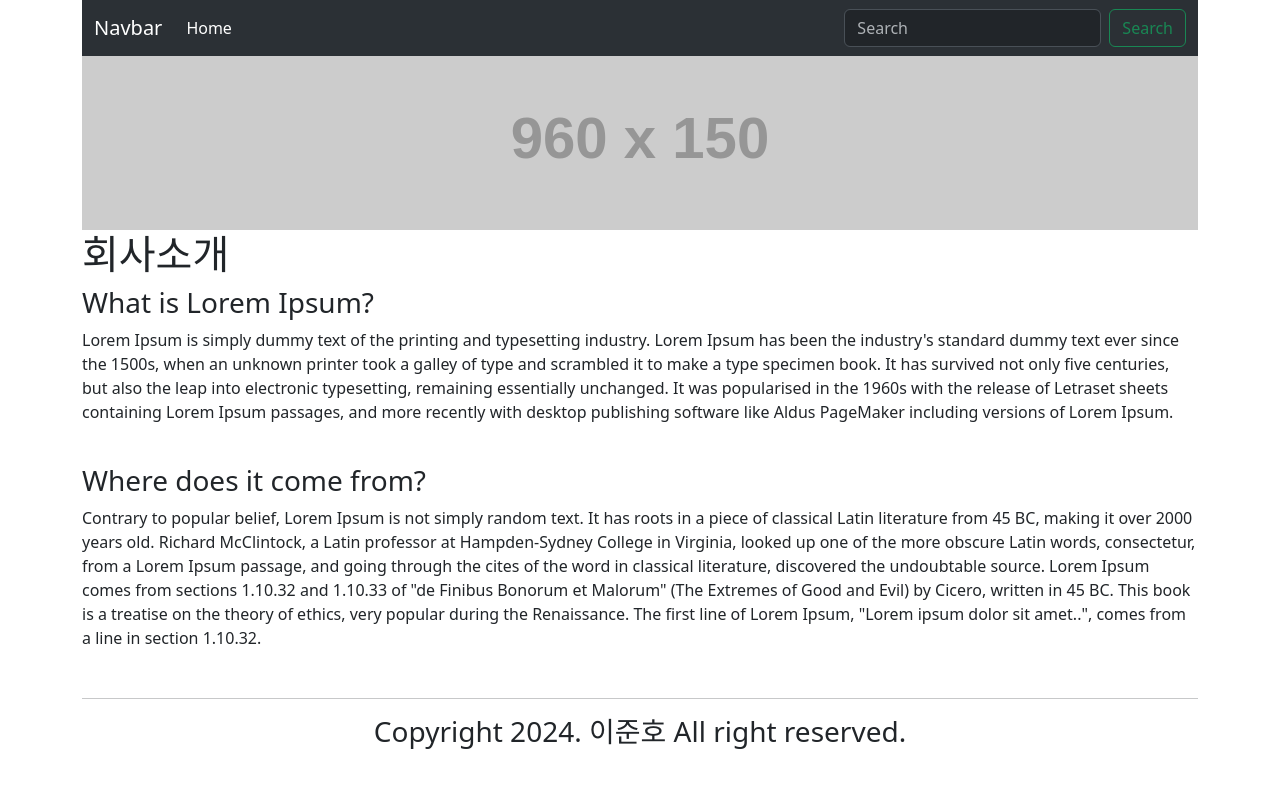
Repository: Simon-JunhoLee/KOSMO_JSP
Page: http://localhost/ex01/user/join
These files come from the project's save history. The page is drawn as it stood at one moment and after the next save; the edit follows.
The browser window is 1280 px wide. The pictures show the whole page.
The page is served by Tomcat 9.

Above is the page before, as saved 2024-04-29 02:20:02.

After the next save:
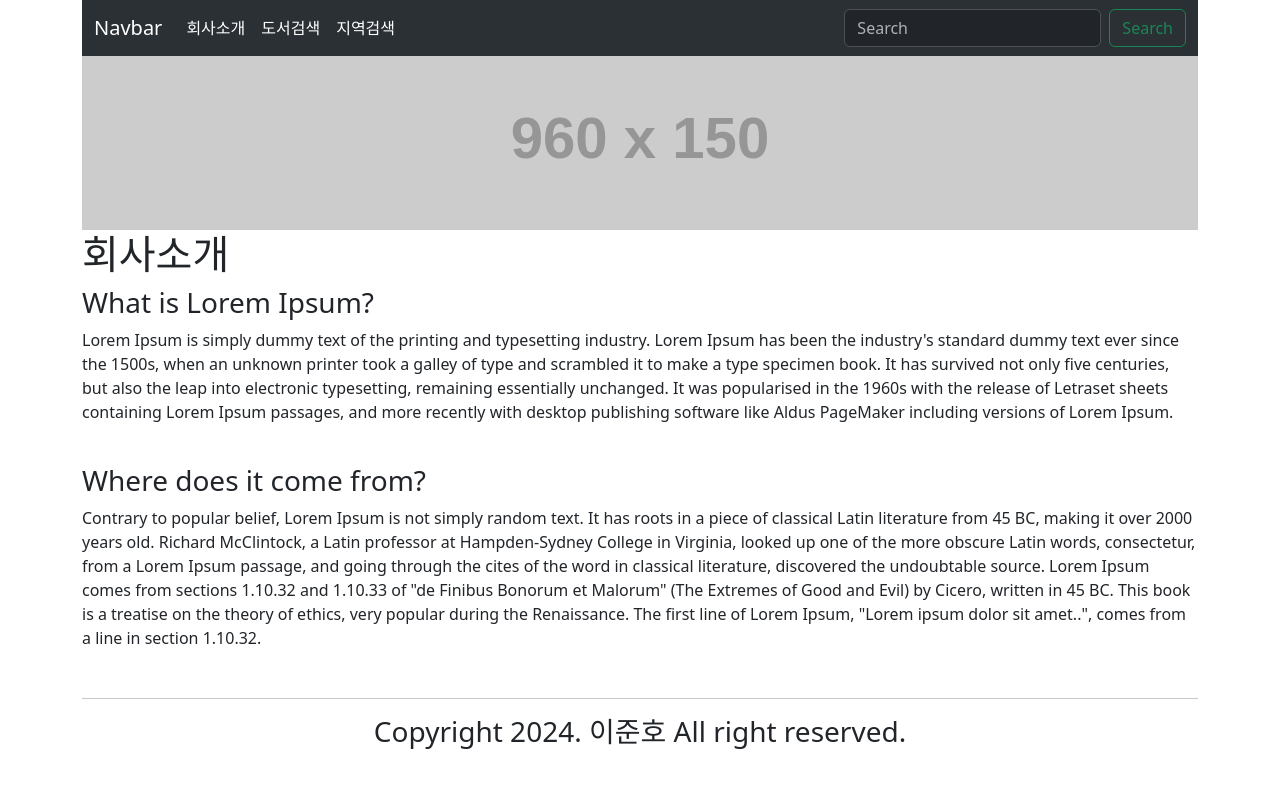
Saved 12 min 31 s later.
--- a/ex01/src/main/webapp/menu.jsp
+++ b/ex01/src/main/webapp/menu.jsp
@@ -11,8 +11,15 @@
 		</button>
 		<div class="collapse navbar-collapse" id="navbarSupportedContent">
 			<ul class="navbar-nav me-auto mb-2 mb-lg-0">
-				<li class="nav-item"><a class="nav-link active"
-					aria-current="page" href="#">Home</a></li>
+				<li class="nav-item">
+					<a class="nav-link active" aria-current="page" href="/">회사소개</a>
+				</li>
+				<li class="nav-item">
+					<a class="nav-link active" aria-current="page" href="/kakao/book">도서검색</a>
+				</li>
+				<li class="nav-item">
+					<a class="nav-link active" aria-current="page" href="/kakao/local">지역검색</a>
+				</li>
 			</ul>
 			<form class="d-flex" role="search">
 				<input class="form-control me-2" type="search" placeholder="Search"
